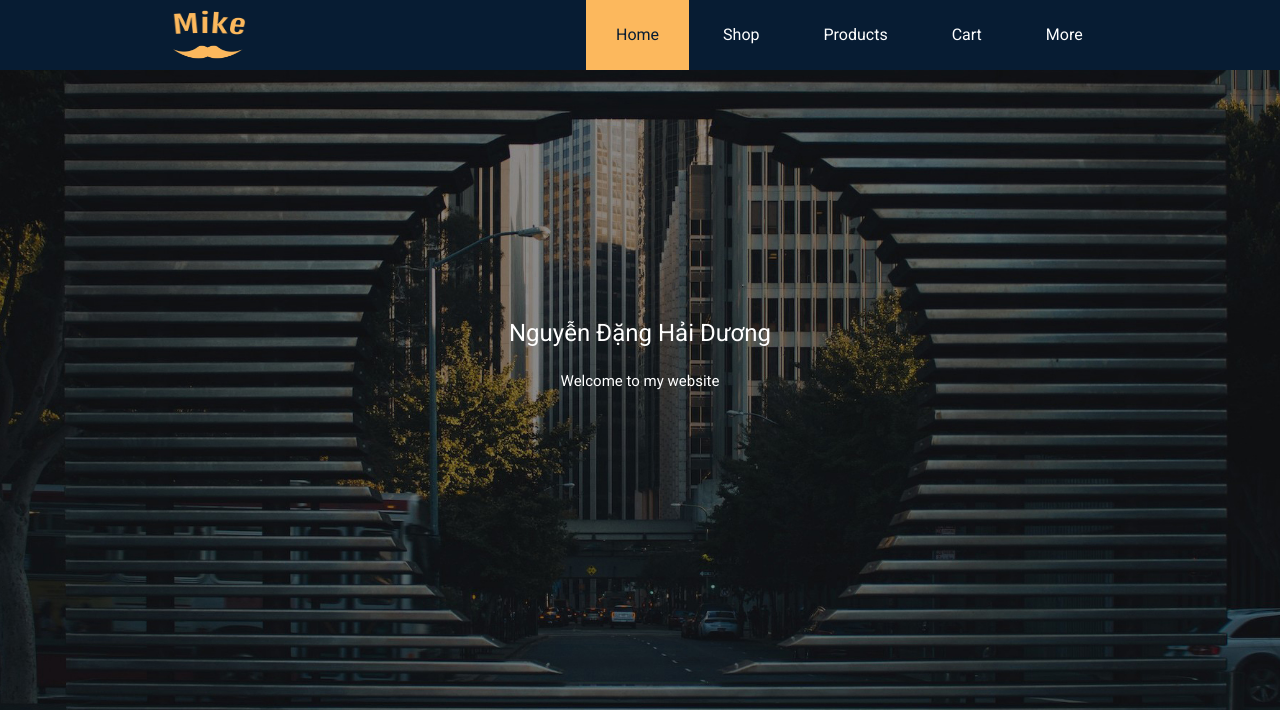
Repository: haiduong7499/Personal-Profile
Page: index.html
These files come from the project's save history. The page is drawn as it stood at one moment and after the next save; the edit follows.
The browser window is 1280 px wide. The pictures show the whole page.
The pointer rests on the first visible `#navbar li`.

Above is the page before, as saved 2021-02-28 13:51:19.

### index.html
<!DOCTYPE html>
<html lang="en">
<head>
    <meta charset="UTF-8">
    <meta http-equiv="X-UA-Compatible" content="IE=edge">
    <meta name="viewport" content="width=device-width, initial-scale=1.0">
    <link rel="stylesheet" href="style/style.css">
    <link rel="stylesheet" href="style/base.css">
    <link rel="preconnect" href="https://fonts.gstatic.com">
    <link rel="preconnect" href="https://fonts.gstatic.com">
<link href="https://fonts.googleapis.com/css2?family=Roboto:wght@400;700&display=swap" rel="stylesheet">
    <title>Project</title>
</head>
<body>
    <div id="header">
        <img src="./asset/5c0eefeb-053e-4086-8d42-7e5a35580c82_200x200.png" alt="">
            <ul id="navbar">

                <li><a href="#">Home</a></li>
                <li><a href="#">Shop</a></li>
                <li><a href="#">Products</a></li>
                <li><a href="#">Cart</a></li>
                <li><a href="#">More</a></li>
            </ul>
    </div>

    <div id="banner">
        <div class="content-container">
            <h2 class="content-heading">Nguyễn Đặng Hải Dương</h2>
            <p class="content-text">Welcome to my website</p>
        </div>
    </div>



    <div id="">
        <div>
            <h2></h2>
            <p></p>
        </div>
        <div>
            <h2></h2>
            <p></p>
        </div>
        <div>
            <h2></h2>
            <p></p>
        </div>
    </div>

</body>
</html>

### style/style.css
*{
    padding: 0;
    margin: 0;
    box-sizing: border-box;
}
html{
    font-family: 'Roboto', sans-serif;
}

#header {
    display:flex;
    justify-content: space-around;
    height:70px;
    background:#071C33;
    position: fixed;
    top: 0;
    left: 0;
    right: 0;
    z-index: 1;
}
#header img{
    margin: 8px 0;
    width: 84px;
    height: 53px;
}

#navbar li {
    list-style: none;
    line-height: 70px;
    display:inline-block;
}

#navbar li a{
    display: inline-block;
    padding: 0 30px;
    line-height: 70px;
    text-decoration: none;
    color: #fff;
}
#navbar li:hover a{
    background-color: #fcb85d;
    color: #071C33;
}

#banner{
    position: relative;
    margin-top: 70px;
    padding-top:50%;
    overflow: hidden;
    background: url(../asset/home-parallax.jpg) top / cover no-repeat;
}

#banner .content-container{
    position: absolute;
    bottom: 50%;
    width: 100%;
    text-align: center;
    color: #fff;
}
#banner .content-heading{
    margin-bottom: 25px;
    font-weight: 500;
    font-size: 24px;
}

#banner .content-text{
    font-size: 15px;
}

Loaded but not shown: style/base.css (no stored copy; drawn as an empty file)

After the next save:
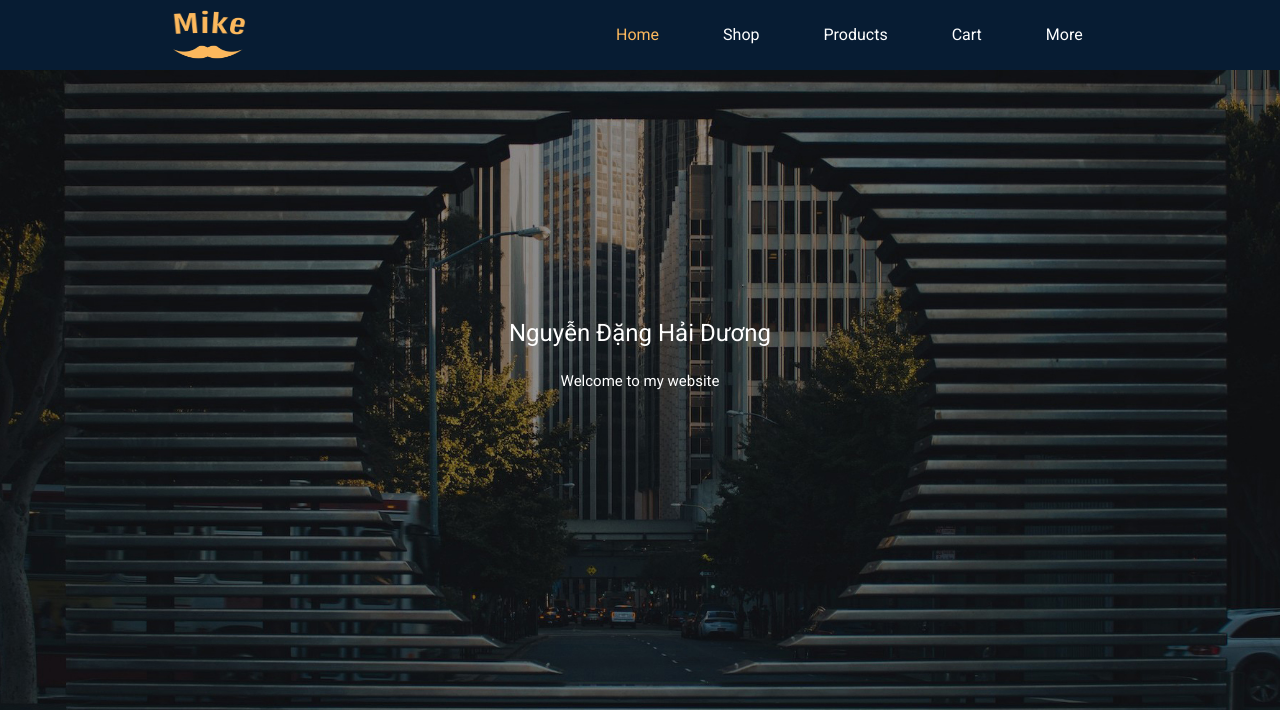
Saved 4 min 36 s later.
--- a/style/style.css
+++ b/style/style.css
@@ -38,8 +38,7 @@
     color: #fff;
 }
 #navbar li:hover a{
-    background-color: #fcb85d;
-    color: #071C33;
+    color: #fcb85d;
 }
 
 #banner{
